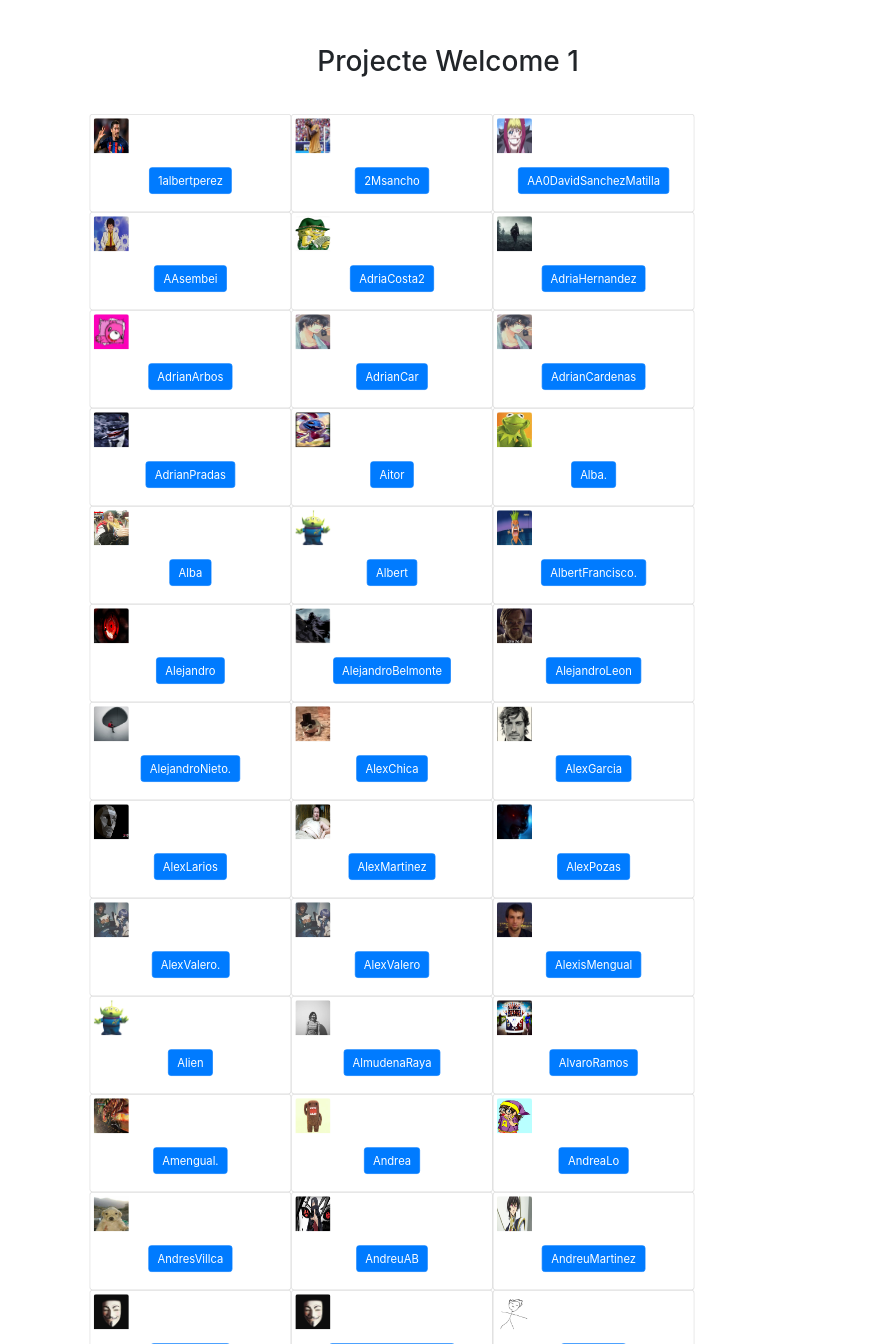
Repository: AWS2/welcome
Page: http://localhost/
These files come from the project's save history. The page is drawn as it stood at one moment and after the next save; the edit follows.
The browser window is 1280 px wide. The pictures show the part of the page from y = 0 to 1920 px (the page is 13027 px tall before and 17577 px after), at 70% of full size.
The page is run by PHP 8.4 with error messages shown; the project is at /var/www/html/.

Above is the page before, as saved 2020-10-21 15:51:26.

After the next save:
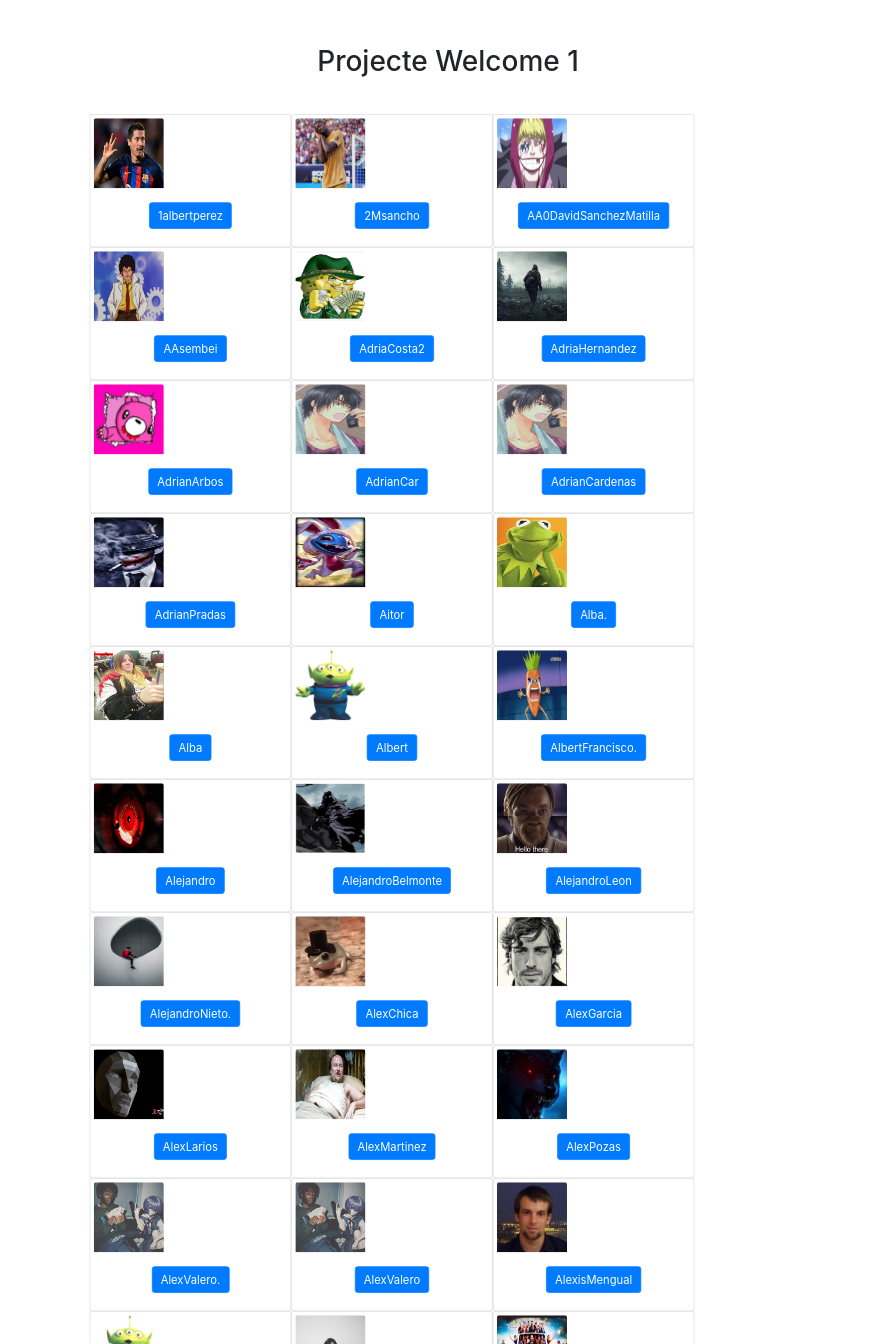
Saved 14 s later.
--- a/index.php
+++ b/index.php
@@ -18,7 +18,7 @@
 				$name = substr($img,0,-4);
 				echo "
 					<div class='card' style='width: 18rem; display:flex; float: left; padding: 5px;'>
-						<img class='card-img-top' src='img/$img' alt='Card image cap' style='height: 50px; width: 50px;'>
+						<img class='card-img-top' src='img/$img' alt='Card image cap' style='height: 100px; width: 100px;'>
 						<div class='card-body' style='text-align: center;'>
 							<a href='profile/$name.html' class='btn btn-primary'>$name</a>
 						</div>
